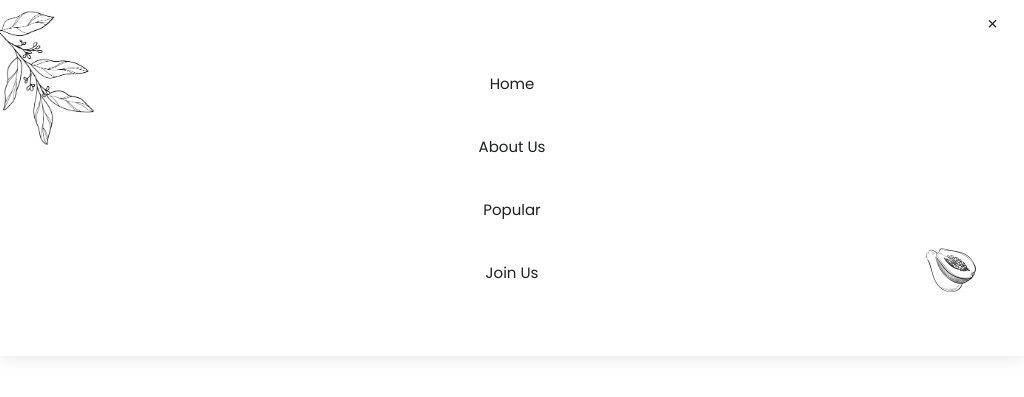
Repository: dinhhaidh/fruit
Page: index.html
These files come from the project's save history. The page is drawn as it stood at one moment and after the next save; the edit follows.
The browser window is 1024 px wide. The pictures show the whole page.
Some web fonts or font styles are not loaded; a fallback is used.

Above is the page before, as saved 2024-02-18 16:29:57.
Console error: ReferenceError: ScrollReveal is not defined

### index.html
<!DOCTYPE html>
<html lang="en">
<head>
    <meta charset="UTF-8">
    <meta name="viewport" content="width=device-width, initial-scale=1.0">

    <!--=============== FAVICON ===============-->
    <link rel="shortcut icon" href="assets/img/favicon.png" type="image/x-icon">

    <!--=============== REMIXICONS ===============-->
    <link rel="stylesheet" href="https://cdnjs.cloudflare.com/ajax/libs/remixicon/3.5.0/remixicon.css" crossorigin="">

    <!--=============== CSS ===============-->
    <link rel="stylesheet" href="./css/style.css">

    <title>Responsive fruit website - Bedimcode</title>
</head>
<body>
    <!--==================== HEADER ====================-->
    <header class="header" id="header">
        <nav class="nav container">
            <a href="#" class="nav__logo">
                <img src="./img/logo.png" alt=""> Fruit
            </a>
            <div class="nav__menu" id="nav-menu">
                <ul class="nav__list">
                    <li class="nav__item">
                        <a href="#Home" class="nav__link">Home</a>
                    </li>
                    <li class="nav__item">
                        <a href="#enjoy" class="nav__link">About Us</a>
                    </li>
                    <li class="nav__item">
                        <a href="#popular" class="nav__link">Popular</a>
                    </li>
                    <li class="nav__item">
                        <a href="#join" class="nav__link">Join Us</a>
                    </li>
                </ul>

                <a href="#" class="nav__close">
                    <i class="ri-close-line"></i>
                </a>

                <img src="./img/branch-2.png" alt="" class="nav__img-1">
                <img src="./img/fruit-line-1.png" alt="" class="nav__img-2">
            </div>

            <div class="nav__buttons">

                <!-- <i class="ri-moon-line theme__button" id="theme-button"></i> -->

                <div class="nav__toggle" id="nav-toggle">
                    <i class="ri-apps-2-line"></i>
                </div>
            </div>
        </nav>
    </header>

    <!--==================== MAIN ====================-->
    <main class="main">
        <!--==================== HOME ====================-->
        <section class="home section" id="home">

        </section>

        <!--==================== ENJOY ====================-->
        <section class="enjoy section">

        </section>

        <!--==================== ABOUT US ====================-->
        <section class="about section" id="about">

        </section>

        <!--==================== POPULAR ====================-->
        <section class="popular section" id="popular">

        </section>

        <!--==================== JOIN US ====================-->
        <section class="join section" id="join">

        </section>
    </main>

    <!--==================== FOOTER ====================-->
    <footer class="footer">

    </footer>

    <!--========== SCROLL UP ==========-->


    <!--=============== SCROLLREVEAL ===============-->
    <script src=""></script>

    <script src="https://code.jquery.com/jquery-3.7.1.slim.min.js"></script>

    <!--=============== MAIN JS ===============-->
    <script src="assets/js/main.js"></script>
</body>
</html>

### css/style.css
/*=============== GOOGLE FONTS ===============*/
@import url("https://fonts.googleapis.com/css2?family=Cherry+Bomb+One&family=Poppins:wght@400;500;600&display=swap");

/*=============== VARIABLES CSS ===============*/
:root {
  --header-height: 3.5rem;

  /*========== Colors ==========*/
  /*Color mode HSL(hue, saturation, lightness)*/
  --first-color: hsl(140, 40%, 48%);
  --first-color-alt: hsl(140, 40%, 44%);
  --title-color: hsl(140, 4%, 12%);
  --text-color: hsl(140, 4%, 40%);
  --text-color-light: hsl(140, 4%, 64%);
  --white-color: hsl(0, 0%, 100%);
  --body-color: hsl(0, 0%, 100%);
  --container-color: hsl(0, 0%, 95%);
  --shadow-img: drop-shadow(0 8px 12px hsla(0, 0%, 0%, .2));
  --filter-img: invert(1);

  /*========== Font and typography ==========*/
  /*.5rem = 8px | 1rem = 16px ...*/
  --body-font: "Poppins", sans-serif;
  --second-font: "Cherry Bomb One", cursive;
  --biggest-font-size: 3rem;
  --big-font-size: 2rem;
  --h1-font-size: 1.5rem;
  --h2-font-size: 1.25rem;
  --h3-font-size: 1rem;
  --normal-font-size: .938rem;
  --small-font-size: .813rem;

  /*========== Font weight ==========*/
  --font-regular: 400;
  --font-medium: 500;
  --font-semi-bold: 600;

  /*========== z index ==========*/
  --z-tooltip: 10;
  --z-fixed: 100;
}

/*========== Responsive typography ==========*/
@media screen and (min-width: 1150px) {
  :root {
    --biggest-font-size: 5.5rem;
    --big-font-size: 3rem;
    --h1-font-size: 2.25rem;
    --h2-font-size: 1.5rem;
    --h3-font-size: 1.25rem;
    --normal-font-size: 1rem;
    --small-font-size: .875rem;
  }
}

/*=============== BASE ===============*/
* {
  box-sizing: border-box;
  padding: 0;
  margin: 0;
}

html {
  scroll-behavior: smooth;
}

body,
input,
button {
  font-family: var(--body-font);
  font-size: var(--normal-font-size);
}

body {
  background-color: var(--body-color);
  color: var(--text-color);
  transition: background-color .4s;
}

input,
button {
  border: none;
  outline: none;
}

h1, h2, h3, h4 {
  color: var(--title-color);
  font-weight: var(--font-medium);
  line-height: 100%;
}

ul {
  list-style: none;
}

a {
  text-decoration: none;
}

img {
  display: block;
  max-width: 100%;
  height: auto;
}

/*=============== THEME ===============*/


/*========== Variables Dark Theme ==========*/



/*==========
	Color changes in some parts of
	the website, in dark theme
==========*/


/*=============== REUSABLE CSS CLASSES ===============*/
.container {
  max-width: 1120px;
  margin-inline: 1.5rem;
}

.grid {
  display: grid;
  gap: 1.5rem;
}

.section {
  padding-block: 5rem 1rem;
}

.section__title {
  font-size: var(--big-font-size);
  font-family: var(--second-font);
  text-align: center;
  margin-bottom: 1rem;
}

.main {
  overflow: hidden; /* For animation ScrollReveal */
}

/*=============== HEADER & NAV ===============*/
.header{
    position: fixed;
    width: 100%;
    top: 0;
    left: 0;
    background-color: var(--body-color);
    z-index: var(--z-fixed);
    transition: box-shadow .4s, background-color .4s;
}
.nav{
    height: var(--header-height);
    display:flex;
    align-items: center;
    justify-content: space-between;
}
.nav__close,
.nav__toggle,
.nav__logo{
    display:flex;
    align-items: center;
    justify-content: center;
    color: var(--title-color);
}
.nav__logo{
    column-gap: 0.25rem;
    font-family: var(--second-font);
    font-size: var(--h3-font-size);
}
.nav__logo img {
    width: 1.25rem;
}
.nav__link{
    color: var(--title-color);
    font-size: var(--font-semi-bold);
    transition: color .4s;
}
.nav__link:hover{
    color: var(--first-color);
}

/* Navigation for mobile devices */
@media screen and (max-width: 1150px) {
    .nav__menu{
        position: fixed;
        width: 100%;
        top: 0;
        left: 0;
        background-color: var(--body-color);
        box-shadow:  0 2px 16px hsla(0, 0%, 0%, .1);
        z-index: var(--z-fixed);
        padding-block: 4.5rem;
        transition: top .4s;
    }
    .nav__close{
        position: absolute;
        top: 1rem;
        right: 1.5rem;
    }
    .nav__list{
        display: flex;
        flex-direction: column;
        row-gap: 2.5rem;
        text-align: center;
    }
    .nav__img-1,
    .nav__img-2{
        position: absolute;
        filter: var(--filter-img);
    }
    .nav__img-1{
        top: -2.5rem;
        width: 150px;
        rotate: 180deg;
        left: -3.5rem;
    }
    .nav__img-2{
        width: 50px;
        bottom: 4rem;
        right: 3rem;
    }
}


/* Show menu */


/* Add shadow header */


/* Active link */


/*=============== HOME ===============*/


/*=============== BUTTON ===============*/


/*=============== ENJOY ===============*/


/*=============== ABOUT ===============*/


/*=============== POPULAR ===============*/


/*=============== JOIN ===============*/


/*=============== FOOTER ===============*/


/*=============== SCROLL BAR ===============*/


/*=============== SCROLL UP ===============*/


/* Show Scroll Up */


/*=============== BREAKPOINTS ===============*/
/* For small devices */


/* For medium devices */


/* For large devices */

### js/main.js
$(document).ready(function () {
  $("#nav-toggle").click(function(){
    $("#nav-menu").addClass("show-menu");
  });
  $("#nav-close").click(function(){
    $("#nav-menu").removeClass("show-menu");
  });
  $("#nav__link").click(function(){
    $('.active-link').removeClass("show-menu");
  });

  // khi kích vào nav__link nó sẽ ẳn đi
  $('.nav__item a').click(function(){
    $("#nav-menu").removeClass("show-menu");
  });
  //
  $(window).scroll(function(){
    $("#header").toggleClass("shadow-header", $(this).scrollTop() >= 50);
    $("#scroll-up").toggleClass("show-scroll", $(this).scrollTop() >= 350);

    // // active-link //
    // $('.active-link').addClass('nav__menu');

    /*=============== SCROLL SECTIONS ACTIVE LINK ===============*/
const sections = document.querySelectorAll('section[id]')

const scrollActive = () =>{
  	const scrollDown = window.scrollY

	sections.forEach(current =>{
		const sectionHeight = current.offsetHeight,
            sectionTop = current.offsetTop - 58,
            sectionId = current.getAttribute('id'),
            sectionsClass = document.querySelector('.nav__menu a[href*=' + sectionId + ']')

		if(scrollDown > sectionTop && scrollDown <= sectionTop + sectionHeight){
			sectionsClass.classList.add('active-link')
		}else{
			sectionsClass.classList.remove('active-link')
		}
	})
}
window.addEventListener('scroll', scrollActive)
  });
});


// dark-theme
$(document).ready( function(){
  $('#theme-button').click( function () {
      $('body').toggleClass('dark-theme');
      $('.ri-moon-line').toggleClass('ri-sun-line');
  });
});
//

/*=============== SCROLL REVEAL ANIMATION ===============*/
const sr = ScrollReveal({
  origin: 'top',
  distance: '60px',
  duration: 2500,
  delay: 400,
  // reset: true
})
sr.reveal(`.home__data, .join__container, .footer__container`) //hiệu ứng trên xuống
sr.reveal(`.home__img`,{origin: 'bottom'})
sr.reveal(`.enjoy__card, .popular__card`,{interval: 100}) //hiệu ứng trêm xuống lần lần từng giây
sr.reveal(`.about__data`,{origin: 'right'})
sr.reveal(`.about__img`,{origin: 'left'})

After the next save:
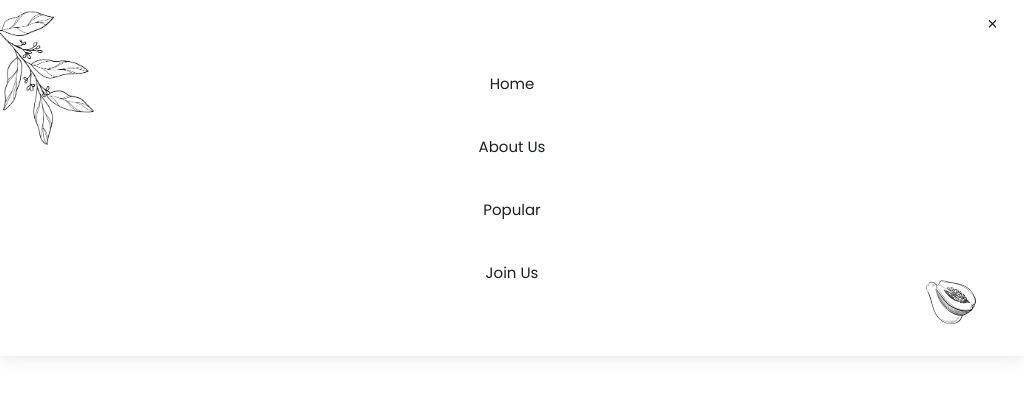
Saved 7 s later.
--- a/css/style.css
+++ b/css/style.css
@@ -220,7 +220,7 @@
     }
     .nav__img-2{
         width: 50px;
-        bottom: 4rem;
+        bottom: 2rem;
         right: 3rem;
     }
 }
